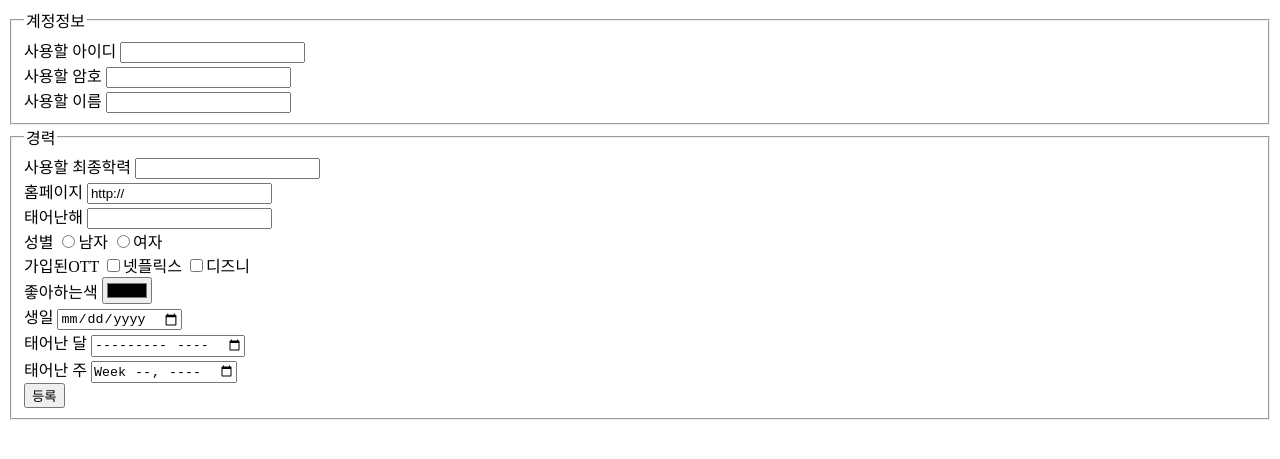
Repository: ybshim90/sesac1
Page: day_20211217_01_web/src/main/webapp/regist.html
An editor plug-in stored every save of this project. The page is shown before and after the next save, followed by the edit.
The browser window is 1280 px wide. The pictures show the whole page.

Above is the page before, as saved 2021-12-17 06:17:51.

After the next save:
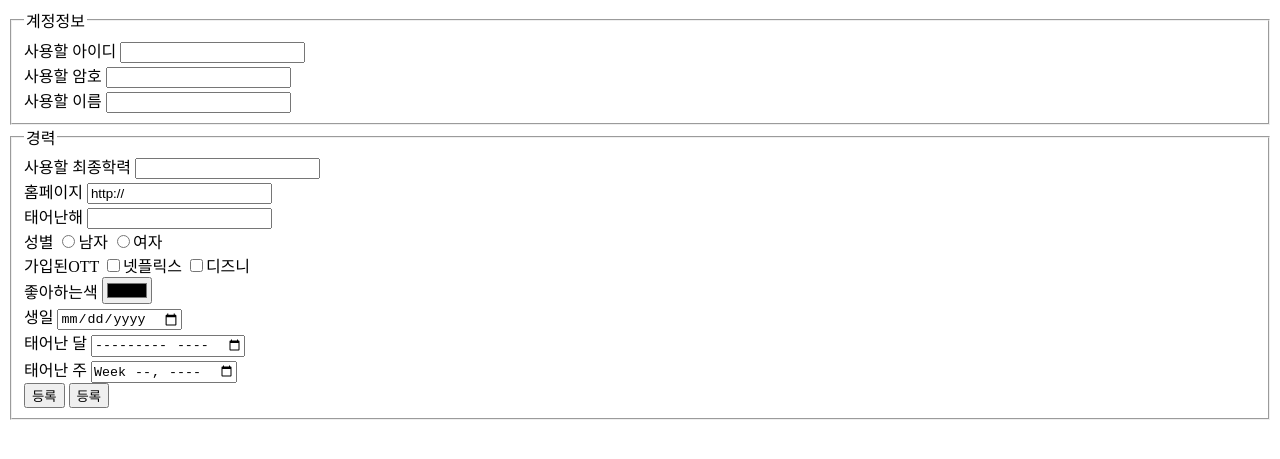
Saved 72 s later.
--- a/day_20211217_01_web/src/main/webapp/regist.html
+++ b/day_20211217_01_web/src/main/webapp/regist.html
@@ -62,6 +62,8 @@
 				</label><br>
 
 				<input type="submit" value="등록">
+				<input type="reset" value="등록">
+
 			</fieldset>
 		</form>
 	</body>
